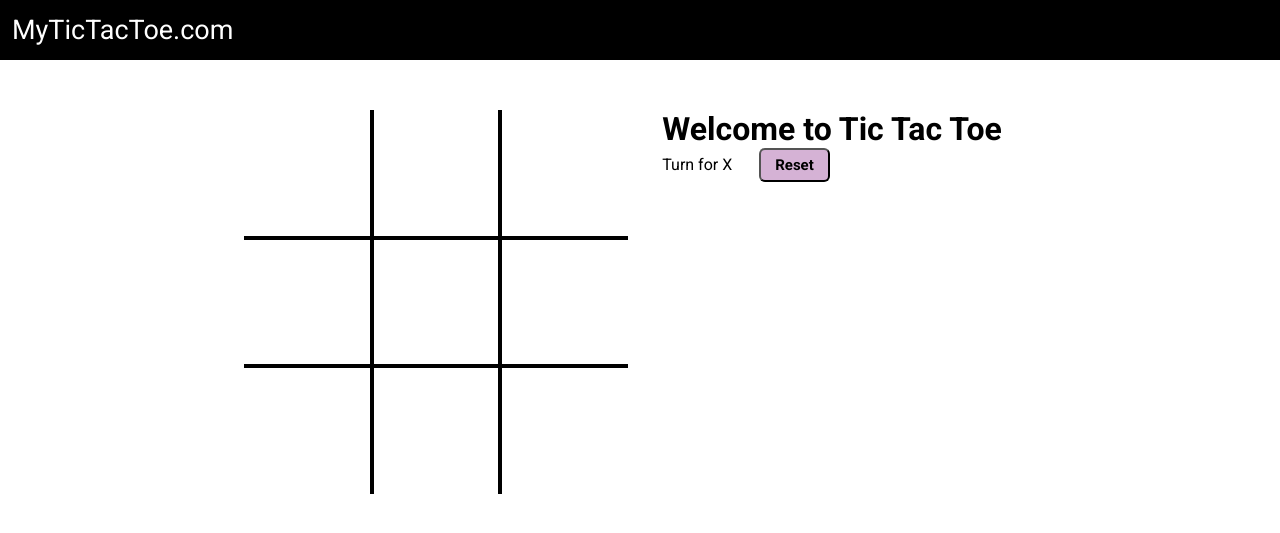
Repository: AshwinUgale/TicTacToe
Page: index.html
The author's editor kept a copy of each file at every save. The page is drawn from the files as they stood at one save, then again after the next save.
The browser window is 1280 px wide. The pictures show the whole page.

Above is the page before, as saved 2024-12-19 12:57:40.

After the next save:
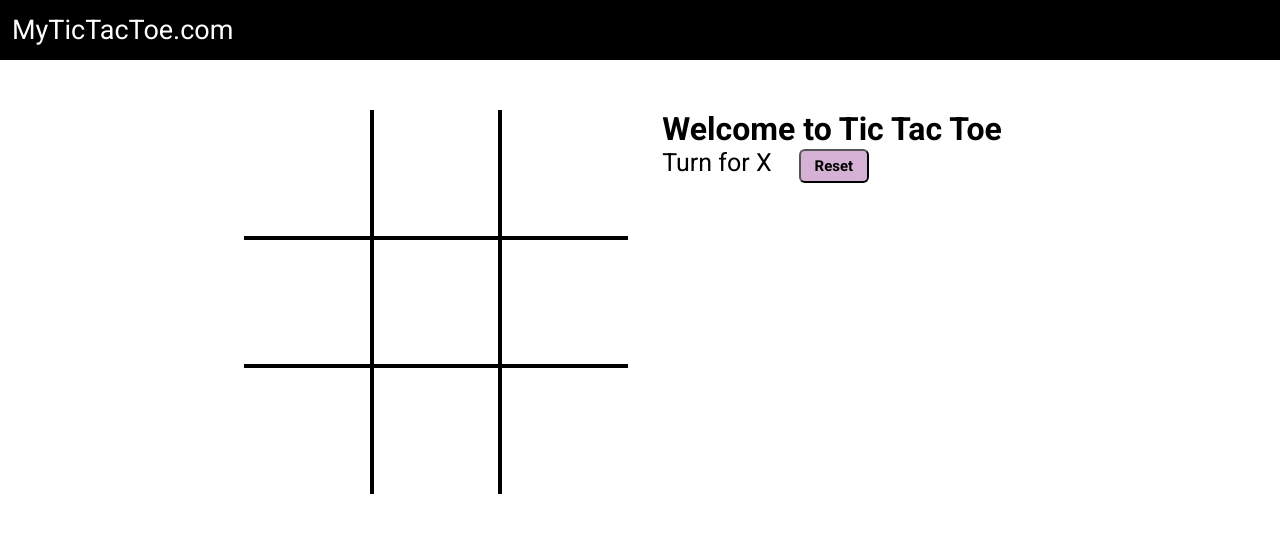
Saved 43 s later.
--- a/style.css
+++ b/style.css
@@ -82,3 +82,7 @@ nav ul{
     font-weight: bolder;
     font-size: 15px;
 }
+
+.info{
+    font-size: 25px;
+}
